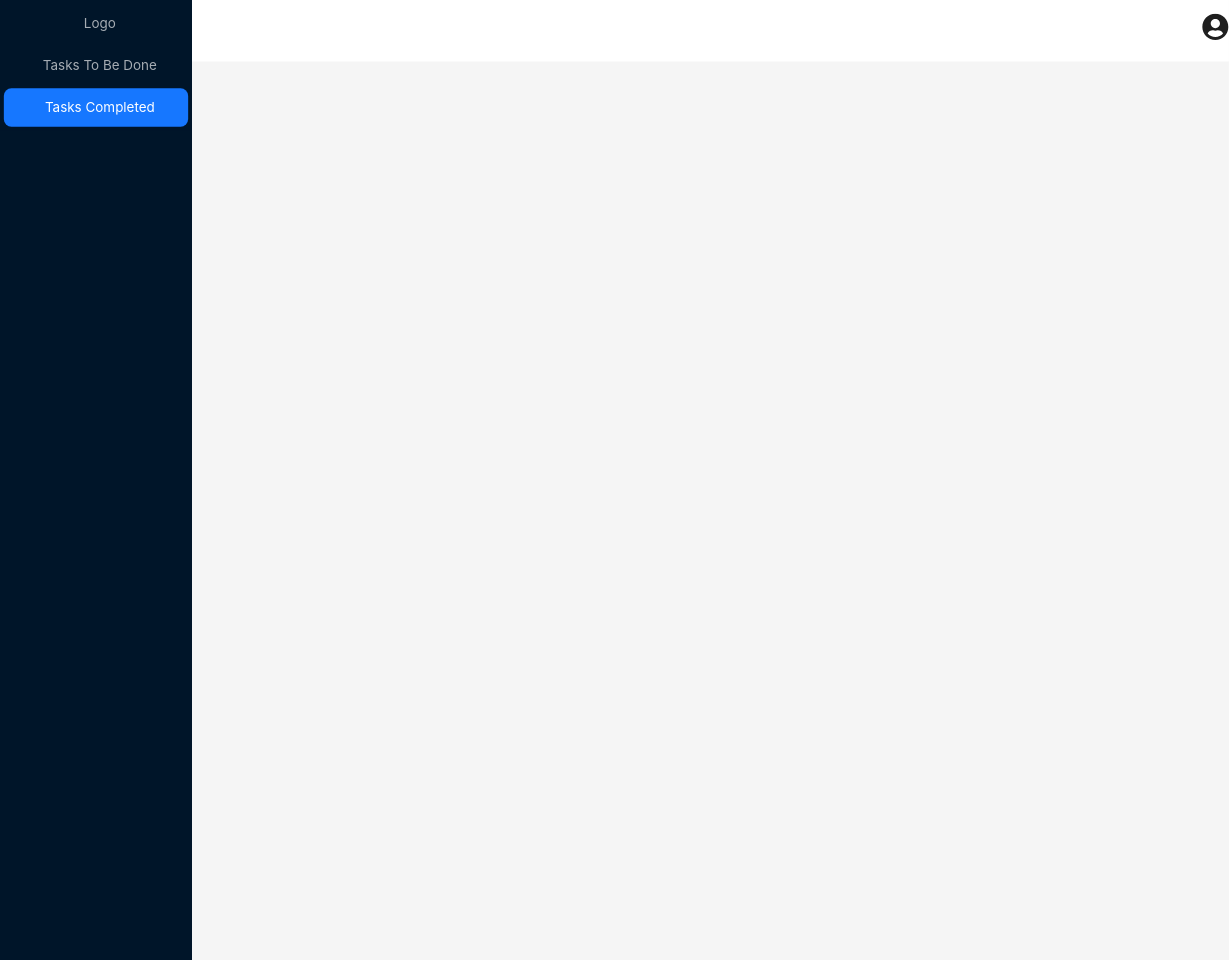
Repository: runner855/todolist_new
Page: /
These files come from the project's save history. The page is drawn as it stood at one moment and after the next save; the edit follows.
The browser window is 1280 px wide. The pictures show the whole page, at 96% of full size.
The project was rebuilt for these pictures with package versions that can differ from the ones it lists, and the page was loaded fresh each time.

Above is the page before, as saved 2023-03-19 17:15:23.

After the next save:
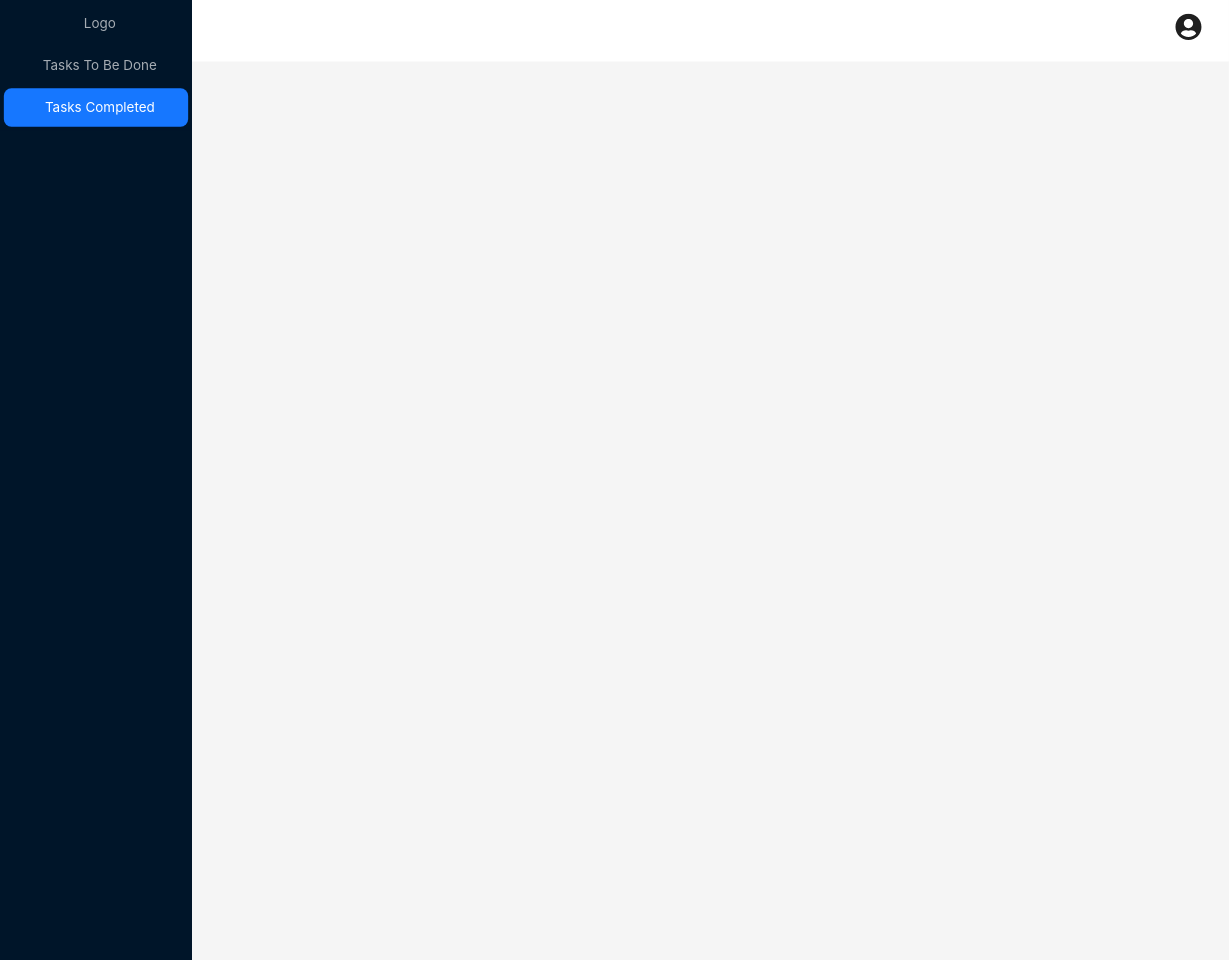
Saved 20 s later.
--- a/src/components/NavBar/NavBar.css
+++ b/src/components/NavBar/NavBar.css
@@ -7,4 +7,5 @@
 .avatar {
   text-align: right;
   font-size: 2em;
+  margin-right: 1em;
 }
